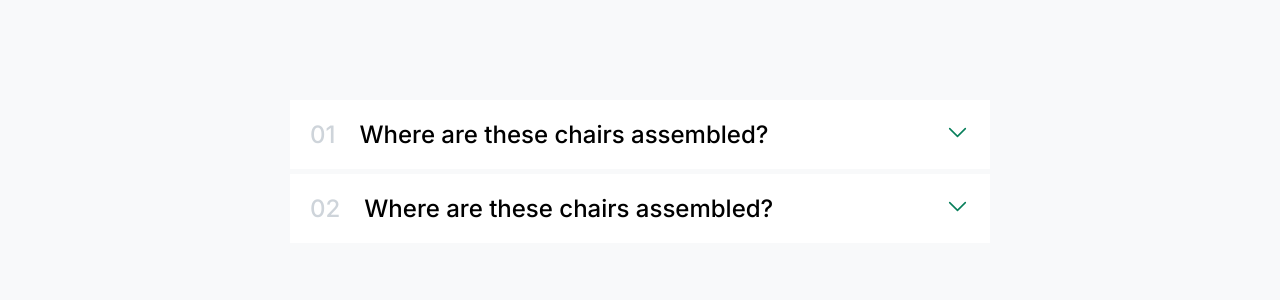
Repository: Ahmed123rezk123/06-Components
Page: accordion.html
An editor plug-in stored every save of this project. The page is shown before and after the next save, followed by the edit.
The browser window is 1280 px wide. The pictures show the whole page.

Above is the page before, as saved 2024-09-16 02:54:03.

After the next save:
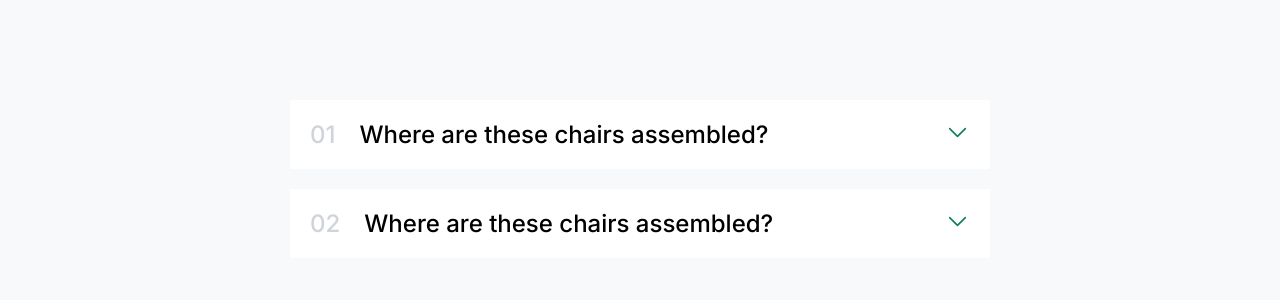
Saved 7 s later.
--- a/accordion.css
+++ b/accordion.css
@@ -22,7 +22,7 @@ body {
   grid-template-columns: auto 1fr auto;
   column-gap: 24px;
   row-gap: 32px;
-  margin-bottom: 5px;
+  margin-bottom: 20px;
 }
 .number,
 .text {
